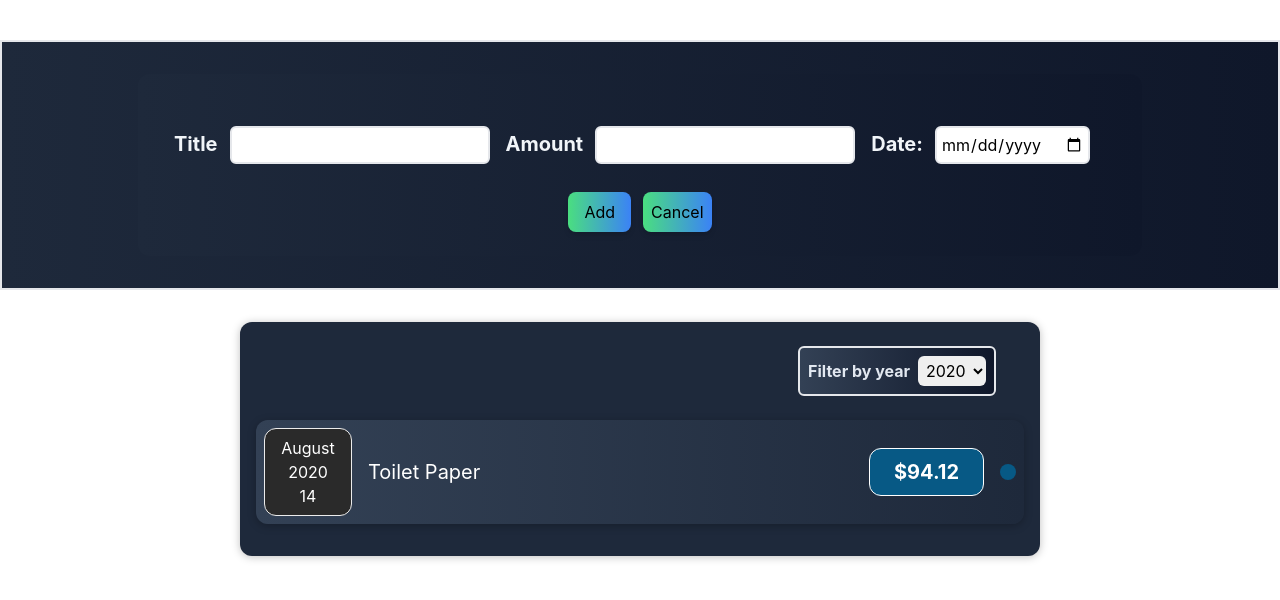
Repository: Sef24/expense-tracker
Page: /, after clicking the first element matching `button`
The author's editor kept a copy of each file at every save. The page is drawn from the files as they stood at one save, then again after a run of saves.
The browser window is 1280 px wide. The pictures show the whole page.
The project was rebuilt for these pictures with package versions that can differ from the ones it lists, and the page was loaded fresh each time. Also part of the build but not shown: src/components/NewExpense/NewExpense.css, src/components/NewExpense/ExpenseForm.css.

Above is the page before, as saved 2022-05-03 16:43:13.

### public/index.html
<!DOCTYPE html>
<html lang="en">
  <head>
    <meta charset="utf-8" />
    <link rel="icon" href="%PUBLIC_URL%/favicon.ico" />
    <meta name="viewport" content="width=device-width, initial-scale=1" />

    <meta
      name="description"
      content="Web site created using create-react-app"
    />
    <link rel="apple-touch-icon" href="%PUBLIC_URL%/logo192.png" />
    <!--
      manifest.json provides metadata used when your web app is installed on a
      user's mobile device or desktop. See https://developers.google.com/web/fundamentals/web-app-manifest/
    -->
    <link rel="manifest" href="%PUBLIC_URL%/manifest.json" />
    <!--
      Notice the use of %PUBLIC_URL% in the tags above.
      It will be replaced with the URL of the `public` folder during the build.
      Only files inside the `public` folder can be referenced from the HTML.

      Unlike "/favicon.ico" or "favicon.ico", "%PUBLIC_URL%/favicon.ico" will
      work correctly both with client-side routing and a non-root public URL.
      Learn how to configure a non-root public URL by running `npm run build`.
    -->
    <title>React App</title>
  </head>
  <body>
    <noscript>You need to enable JavaScript to run this app.</noscript>
    <div id="root"></div>
    <!--
      This HTML file is a template.
      If you open it directly in the browser, you will see an empty page.

      You can add webfonts, meta tags, or analytics to this file.
      The build step will place the bundled scripts into the <body> tag.

      To begin the development, run `npm start` or `yarn start`.
      To create a production bundle, use `npm run build` or `yarn build`.
    -->
  </body>
</html>

### src/App.js
import Expenses from "./components/Expenses";
import NewExpense from "./components/NewExpense/NewExpense";
import { useState } from "react";

const DUMMY_DATA = [
  {
    id: "e1",
    title: "Toilet Paper",
    amount: 94.12,
    date: new Date(2020, 7, 14),
  },
  { id: "e2", title: "New TV", amount: 799.49, date: new Date(2021, 2, 12) },
  {
    id: "e3",
    title: "Car Insurance",
    amount: 294.67,
    date: new Date(2021, 2, 28),
  },
  {
    id: "e4",
    title: "New Desk (Wooden)",
    amount: 450,
    date: new Date(2021, 5, 12),
  },
];

function App() {
  const [expenses, setExpenses] = useState(DUMMY_DATA);

  const addExpenseHandler = (expense) => {
    setExpenses((prevExpenses) => {
      return [expense, ...prevExpenses];
    });
  };
  return (
    <div>
      <div>
        <NewExpense onAddExpense={addExpenseHandler} />
        <Expenses items={expenses} />
      </div>
    </div>
  );
}

export default App;

### src/components/Expenses.js
import React, { useState } from "react";
import ExpenseItem from "./ExpenseItem";
import "./Expenses.css";
import ExpensesList from "./ExpensesList";
import ExpensesFilter from "./NewExpense/ExpensesFilter";

function Expenses(props) {
  const [filteredYear, setFilteredYear] = useState("2020");

  const filterChangeHandler = (selectedYear) => {
    setFilteredYear(selectedYear);
  };

  const filteredExpenses = props.items.filter((expense) => {
    return expense.date.getFullYear().toString() === filteredYear;
  });

  return (
    <div>
      <div className="expenses  bg-slate-800 ... ">
        <ExpensesFilter
          selected={filteredYear}
          onChangeFilter={filterChangeHandler}
        />
        <ExpensesList items={filteredExpenses} />
      </div>
    </div>
  );
}

export default Expenses;

### src/components/NewExpense/NewExpense.js
import React from "react";
import "./NewExpense.css";
import ExpenseForm from "./ExpenseForm";
import { useState } from "react";

function NewExpense(props) {
  const [isEditing, setIsEditing] = useState(false);

  const saveExpenseDataHandler = (enteredExpenseData) => {
    const expenseData = {
      ...enteredExpenseData,
      id: Math.random().toString(),
    };

    props.onAddExpense(expenseData);
    setIsEditing(false);
  };

  const startEditingHandler = () => {
    setIsEditing(true);
  };

  const stopEditingHandler = () => {
    setIsEditing(false);
  };

  return (
    <div
      className="flex w-full p-4 mt-10 items-center justify-center border-2
      bg-gradient-to-r from-slate-800 to-slate-900 ... px-10"
    >
      {!isEditing && (
        <button
          onClick={startEditingHandler}
          className="flex items-center justify-center border-2 p-4 rounded-lg text-slate-50"
        >
          Add Expense
        </button>
      )}
      {isEditing && (
        <ExpenseForm
          onSaveExpenseData={saveExpenseDataHandler}
          onCancel={stopEditingHandler}
        />
      )}
    </div>
  );
}

export default NewExpense;

### src/components/ExpenseItem.js
import React, { useState } from "react";
import "./ExpenseItem.css";
import ExpenseDate from "./ExpenseDate";

function ExpenseItem(props) {
  const [title, setTitle] = useState(props.title);

  const clickHandler = () => {
    setTitle("Updated");
    console.log(title);
  };

  return (
    <li>
      <div className="expense-item bg-gradient-to-r  from-slate-700  to-slate-800 ... border-x-cyan-100 ">
        <ExpenseDate date={props.date} />

        <div className="expense-item__description">
          <h2>{props.title}</h2>

          <div className="expense-item__price bg-sky-800">${props.amount}</div>
        </div>
        <button
          className="p-2 ml-4 border-transparent rounded-full border-0
        bg-sky-800 font-bold text-slate-50"
          onClick={clickHandler}
        ></button>
      </div>
    </li>
  );
}

export default ExpenseItem;

### src/components/Expenses.css
.expenses {
  padding: 1rem;

  margin: 2rem auto;
  width: 50rem;
  max-width: 95%;
  border-radius: 12px;
  box-shadow: 0 1px 8px rgba(0, 0, 0, 0.25);
}

### src/components/ExpensesList.js
import React from "react";

import ExpenseItem from "./ExpenseItem";

const ExpensesList = (props) => {
  if (props.items.length === 0) {
    return (
      <h2 className="text-white font-extrabold text-xl flex items-center justify-center">
        Found no expenses...
      </h2>
    );
  }

  return (
    <ul>
      {props.items.map((expense) => (
        <ExpenseItem
          key={expense.id}
          id={expense.id}
          title={expense.title}
          amount={expense.amount}
          date={expense.date}
        />
      ))}
    </ul>
  );
};

export default ExpensesList;

### src/components/NewExpense/ExpensesFilter.js
import React from "react";

const ExpensesFilter = (props) => {
  const dropdownChangeHandler = (event) => {
    props.onChangeFilter(event.target.value);
  };
  return (
    <div className="">
      <div className="flex justify-end p-2 mr-5 ">
        <div
          className="border-2  rounded-md border-inherit p-2 ml-6
        bg-gradient-to-r from-slate-700 to-slate-900 ..."
        >
          <label className="text-slate-200 font-bold mr-2">
            Filter by year
          </label>
          <select
            value={props.selected}
            onChange={dropdownChangeHandler}
            className="rounded-md p-1"
          >
            <option value="2022">2022</option>
            <option value="2021">2021</option>
            <option value="2020">2020</option>
            <option value="2019">2019</option>
          </select>
        </div>
      </div>
    </div>
  );
};

export default ExpensesFilter;

### src/components/NewExpense/ExpenseForm.js
import React, { useState } from "react";
import "./ExpenseForm.css";

function ExpenseForm(props) {
  const [titleHandler, setTitleHandler] = useState("");
  const [amountHandler, setAmountHandler] = useState("");
  const [dateHandler, setDateHandler] = useState("");

  const handleTitleChange = (event) => {
    setTitleHandler(event.target.value);
  };

  const handleAmountChange = (event) => {
    setAmountHandler(event.target.value);
  };

  const handleDateChange = (event) => {
    setDateHandler(event.target.value);
  };

  const handleSubmit = (event) => {
    event.preventDefault();

    const expenseData = {
      title: titleHandler,
      amount: amountHandler,
      date: new Date(dateHandler),
    };
    props.onSaveExpenseData(expenseData);
    setTitleHandler("");
    setAmountHandler("");
    setDateHandler("");
  };

  return (
    <form
      className="bg-gradient-to-r from-slate-800 to-slate-900 ... p-6 m-4 rounded-xl"
      onSubmit={handleSubmit}
    >
      <div className="flex justify-center pt-4 m-3">
        <div className="font-bold text-slate-100 text-xl mr-1 mt-1">Title</div>
        <input
          className="border-2 mr-4 ml-2 rounded-md p-1 hover:bg-slate-50 active:bg-slate-50 "
          type="text"
          onChange={handleTitleChange}
          value={titleHandler}
        />

        <div className="font-bold text-slate-100 text-xl mr-1 mt-1">Amount</div>
        <input
          className="border-2 mr-4 ml-2 rounded-md p-1 hover:bg-slate-50 active:bg-slate-50"
          type="number"
          min="0.01"
          step="0.01"
          onChange={handleAmountChange}
          value={amountHandler}
        />

        <div className="font-bold text-slate-100 text-xl mr-1 mt-1">Date:</div>
        <input
          className="border-2 mr-4 ml-2 rounded-md p-1 hover:bg-slate-50 active:bg-slate-50"
          type="date"
          onChange={handleDateChange}
          value={dateHandler}
        />
      </div>
      <div className="flex flex-grow space-x-3 items-center justify-center ">
        <button
          type="submit"
          className="p-2 mt-4 px-4 border-3 border-solid rounded-lg shadow-md
          bg-gradient-to-r from-green-400 to-blue-500
          hover:from-pink-500 hover:to-yellow-500 ...
          active:opacity-75"
        >
          Add
        </button>
        <button
          type="button"
          onClick={props.onCancel}
          className="p-2 mt-4 border-3 border-solid rounded-lg shadow-md
          bg-gradient-to-r from-green-400 to-blue-500
          hover:from-pink-500 hover:to-yellow-500 ...
          active:opacity-75"
        >
          Cancel
        </button>
      </div>
    </form>
  );
}

export default ExpenseForm;

### src/components/ExpenseItem.css
.expense-item {
  display: flex;
  justify-content: space-between;
  align-items: center;
  box-shadow: 0 2px 8px rgba(0, 0, 0, 0.25);
  padding: 0.5rem;
  margin: 1rem 0;
  border-radius: 12px;
}

.expense-item__description {
  display: flex;
  flex-direction: column;
  gap: 1rem;
  align-items: flex-end;
  flex-flow: column-reverse;
  justify-content: flex-start;
  flex: 1;
}

.expense-item h2 {
  color: #3a3a3a;
  font-size: 1rem;
  flex: 1;
  margin: 0 1rem;
  color: white;
}

.expense-item__price {
  font-size: 1rem;
  font-weight: bold;
  color: white;

  border: 1px solid white;
  padding: 0.5rem;
  border-radius: 12px;
}

@media (min-width: 580px) {
  .expense-item__description {
    flex-direction: row;
    align-items: center;
    justify-content: flex-start;
    flex: 1;
  }

  .expense-item__description h2 {
    font-size: 1.25rem;
  }

  .expense-item__price {
    font-size: 1.25rem;
    padding: 0.5rem 1.5rem;
  }
}

### src/components/ExpenseDate.js
import React from "react";
import "./ExpenseDate.css";

function ExpenseDate(props) {
  const month = props.date.toLocaleString("en-US", { month: "long" });
  const day = props.date.getDate();
  const year = props.date.getFullYear();

  return (
    <div className="expense-date">
      <div className="expense__month">{month}</div>
      <div className="expense__year">{year}</div>
      <div className="expense__day">{day}</div>
    </div>
  );
}

export default ExpenseDate;

Loaded but not shown: src/index.js (common file); src/index.css (common file); src/components/ExpenseDate.css (common file); tailwind.config.js (common file)

After the next 3 saves:
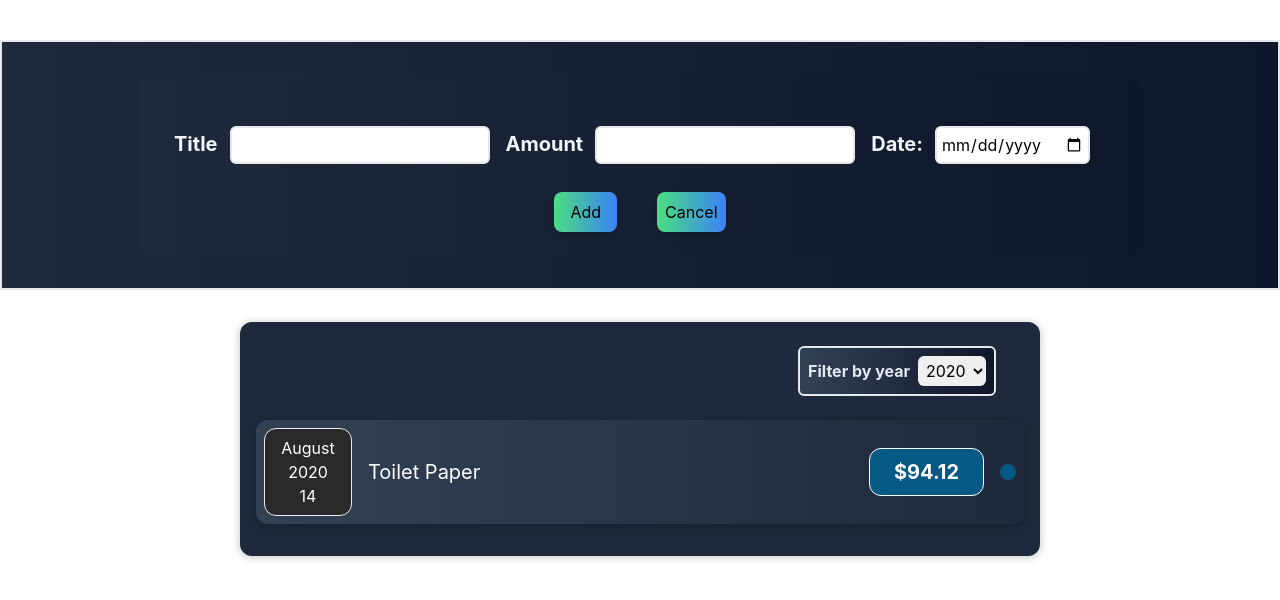
The 3 saves are shown as one change because they came seconds apart.
The last was saved 14 s later.
--- a/src/components/NewExpense/ExpenseForm.js
+++ b/src/components/NewExpense/ExpenseForm.js
@@ -64,7 +64,7 @@ function ExpenseForm(props) {
           value={dateHandler}
         />
       </div>
-      <div className="flex flex-grow space-x-3 items-center justify-center ">
+      <div className="flex flex-grow space-x-10 items-center justify-center ">
         <button
           type="submit"
           className="p-2 mt-4 px-4 border-3 border-solid rounded-lg shadow-md
